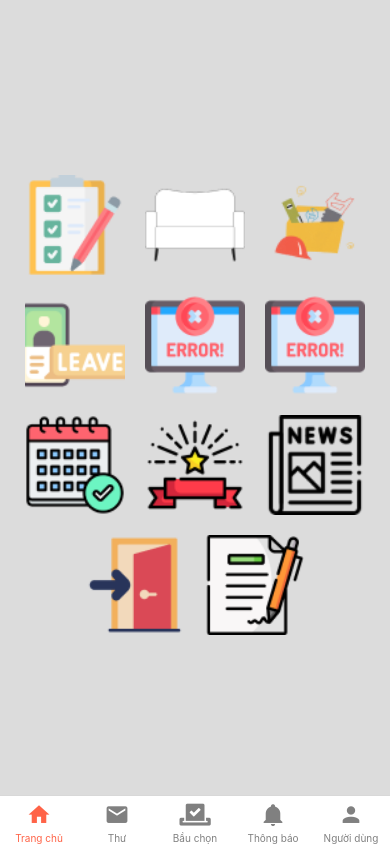
Repository: diepdung02/AppPTC
Page: /Home
These files come from the project's save history. The page is drawn as it stood at one moment and after a run of saves; the edit follows.
The browser window is 390 px wide. The pictures show the whole page.
The page's requests for data from a server got no answer. The app was drawn by React Native's web renderer in a window 390 px wide. The project was rebuilt for these pictures with package versions that can differ from the ones it lists, and the page was loaded fresh each time. No one was signed in, and anything a server would have sent is missing. Also part of the build but not shown: screen/home/MailScreen.tsx, screen/home/NotificationScreen.tsx, screen/home/UserScreen.tsx, screen/home/VoteScreen.tsx.

Above is the page before, as saved 2024-06-30 15:22:03.

After the next 2 saves:
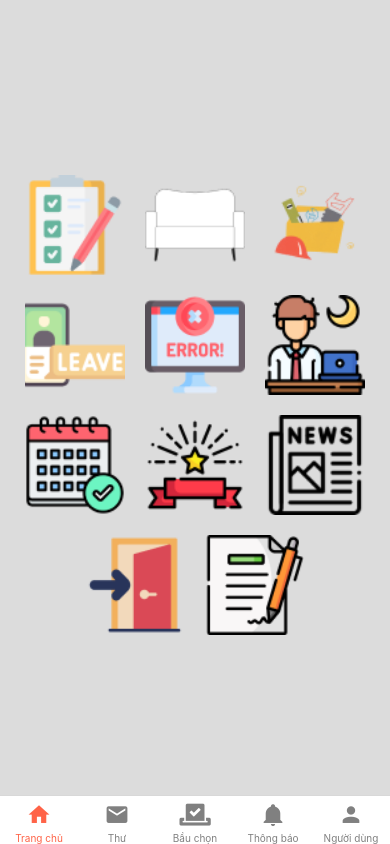
The 2 saves are shown as one change because they came seconds apart.
The last was saved 33 s later.
--- a/screen/home/HomeScreen.tsx
+++ b/screen/home/HomeScreen.tsx
@@ -53,7 +53,7 @@ const HomeScreen: React.FC = () => {
           <Image source={require('../../assets/Error.png')} style={styles.icon} />
         </TouchableOpacity>
         <TouchableOpacity onPress={() => handleIconPress('error')}>
-          <Image source={require('../../assets/Error.png')} style={styles.icon} />
+          <Image source={require('../../assets/ot request.png')} style={styles.icon} />
         </TouchableOpacity>
         <TouchableOpacity onPress={() => handleIconPress('group')}>
           <Image source={require('../../assets/Group 23.png')} style={styles.icon} />
